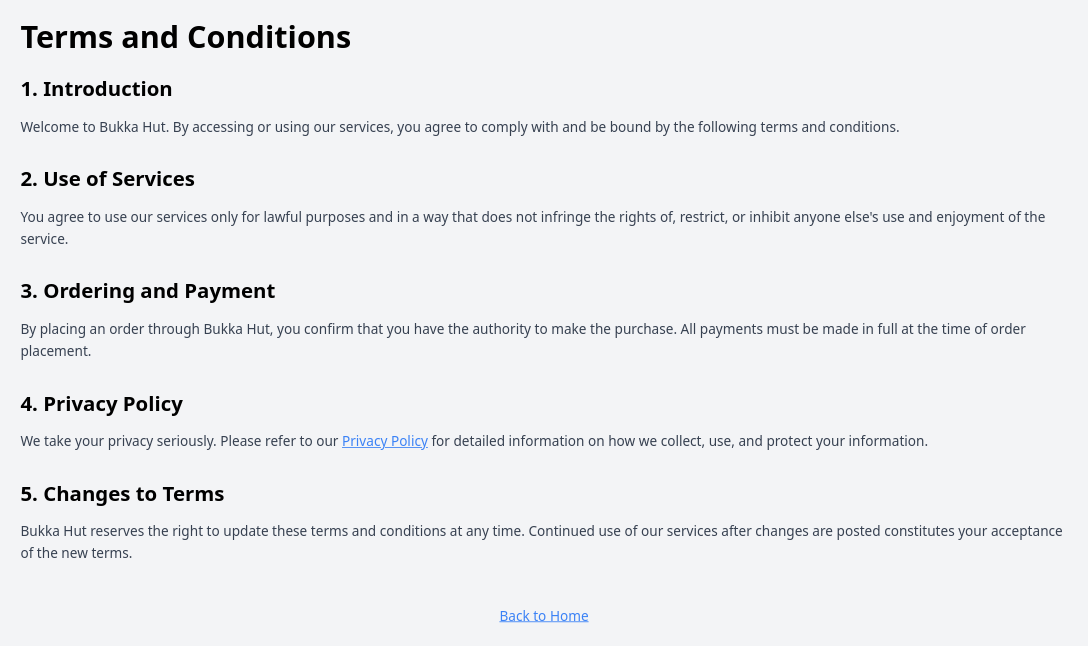
Repository: countaustin1990/BUKKAHUT
Page: tc.html
An editor plug-in stored every save of this project. The page is shown before and after the next save, followed by the edit.
The browser window is 1280 px wide. The pictures show the whole page, at 85% of full size.
Some web libraries are served in a nearby version.

Above is the page before, as saved 2024-08-26 16:31:34.

After the next save:
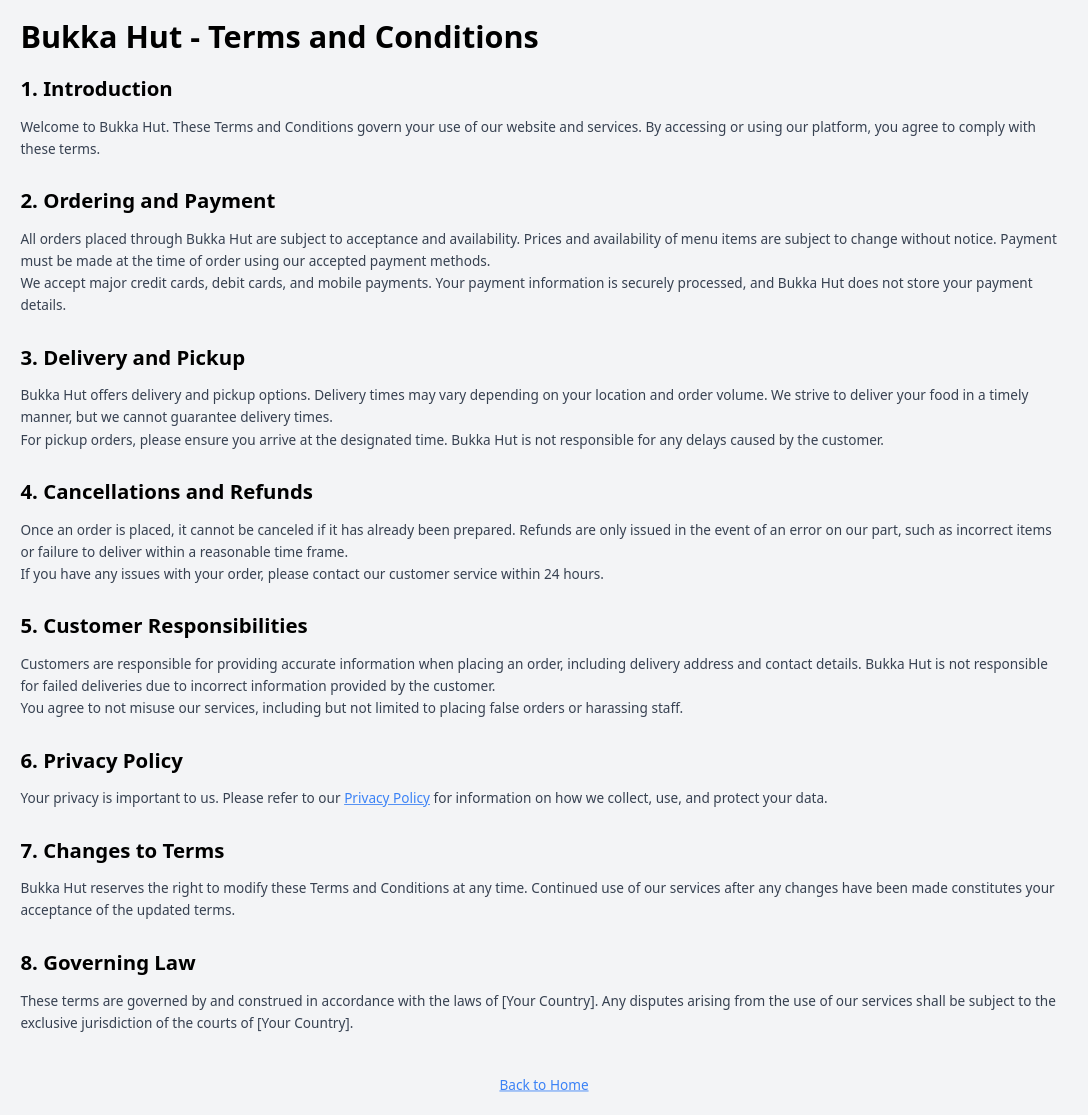
Saved 2 min 18 s later.
--- a/tc.html
+++ b/tc.html
@@ -10,40 +10,73 @@
 
 <body class="bg-gray-100 font-sans antialiased">
     <div class="container mx-auto p-6">
-        <h1 class="text-4xl font-bold mb-6">Terms and Conditions</h1>
+        <h1 class="text-4xl font-bold mb-6">Bukka Hut - Terms and Conditions</h1>
 
         <section class="mb-8">
             <h2 class="text-2xl font-semibold mb-4">1. Introduction</h2>
             <p class="text-gray-700 leading-relaxed">
-                Welcome to Bukka Hut. By accessing or using our services, you agree to comply with and be bound by the following terms and conditions.
+                Welcome to Bukka Hut. These Terms and Conditions govern your use of our website and services. By accessing or using our platform, you agree to comply with these terms.
             </p>
         </section>
 
         <section class="mb-8">
-            <h2 class="text-2xl font-semibold mb-4">2. Use of Services</h2>
+            <h2 class="text-2xl font-semibold mb-4">2. Ordering and Payment</h2>
             <p class="text-gray-700 leading-relaxed">
-                You agree to use our services only for lawful purposes and in a way that does not infringe the rights of, restrict, or inhibit anyone else's use and enjoyment of the service.
+                All orders placed through Bukka Hut are subject to acceptance and availability. Prices and availability of menu items are subject to change without notice. Payment must be made at the time of order using our accepted payment methods.
+            </p>
+            <p class="text-gray-700 leading-relaxed">
+                We accept major credit cards, debit cards, and mobile payments. Your payment information is securely processed, and Bukka Hut does not store your payment details.
             </p>
         </section>
 
         <section class="mb-8">
-            <h2 class="text-2xl font-semibold mb-4">3. Ordering and Payment</h2>
+            <h2 class="text-2xl font-semibold mb-4">3. Delivery and Pickup</h2>
             <p class="text-gray-700 leading-relaxed">
-                By placing an order through Bukka Hut, you confirm that you have the authority to make the purchase. All payments must be made in full at the time of order placement.
+                Bukka Hut offers delivery and pickup options. Delivery times may vary depending on your location and order volume. We strive to deliver your food in a timely manner, but we cannot guarantee delivery times.
+            </p>
+            <p class="text-gray-700 leading-relaxed">
+                For pickup orders, please ensure you arrive at the designated time. Bukka Hut is not responsible for any delays caused by the customer.
             </p>
         </section>
 
         <section class="mb-8">
-            <h2 class="text-2xl font-semibold mb-4">4. Privacy Policy</h2>
+            <h2 class="text-2xl font-semibold mb-4">4. Cancellations and Refunds</h2>
             <p class="text-gray-700 leading-relaxed">
-                We take your privacy seriously. Please refer to our <a href="privacy-policy.html" class="text-blue-500 underline">Privacy Policy</a> for detailed information on how we collect, use, and protect your information.
+                Once an order is placed, it cannot be canceled if it has already been prepared. Refunds are only issued in the event of an error on our part, such as incorrect items or failure to deliver within a reasonable time frame.
+            </p>
+            <p class="text-gray-700 leading-relaxed">
+                If you have any issues with your order, please contact our customer service within 24 hours.
             </p>
         </section>
 
         <section class="mb-8">
-            <h2 class="text-2xl font-semibold mb-4">5. Changes to Terms</h2>
+            <h2 class="text-2xl font-semibold mb-4">5. Customer Responsibilities</h2>
             <p class="text-gray-700 leading-relaxed">
-                Bukka Hut reserves the right to update these terms and conditions at any time. Continued use of our services after changes are posted constitutes your acceptance of the new terms.
+                Customers are responsible for providing accurate information when placing an order, including delivery address and contact details. Bukka Hut is not responsible for failed deliveries due to incorrect information provided by the customer.
+            </p>
+            <p class="text-gray-700 leading-relaxed">
+                You agree to not misuse our services, including but not limited to placing false orders or harassing staff.
+            </p>
+        </section>
+
+        <section class="mb-8">
+            <h2 class="text-2xl font-semibold mb-4">6. Privacy Policy</h2>
+            <p class="text-gray-700 leading-relaxed">
+                Your privacy is important to us. Please refer to our <a href="privacy-policy.html" class="text-blue-500 underline">Privacy Policy</a> for information on how we collect, use, and protect your data.
+            </p>
+        </section>
+
+        <section class="mb-8">
+            <h2 class="text-2xl font-semibold mb-4">7. Changes to Terms</h2>
+            <p class="text-gray-700 leading-relaxed">
+                Bukka Hut reserves the right to modify these Terms and Conditions at any time. Continued use of our services after any changes have been made constitutes your acceptance of the updated terms.
+            </p>
+        </section>
+
+        <section class="mb-8">
+            <h2 class="text-2xl font-semibold mb-4">8. Governing Law</h2>
+            <p class="text-gray-700 leading-relaxed">
+                These terms are governed by and construed in accordance with the laws of [Your Country]. Any disputes arising from the use of our services shall be subject to the exclusive jurisdiction of the courts of [Your Country].
             </p>
         </section>
 
